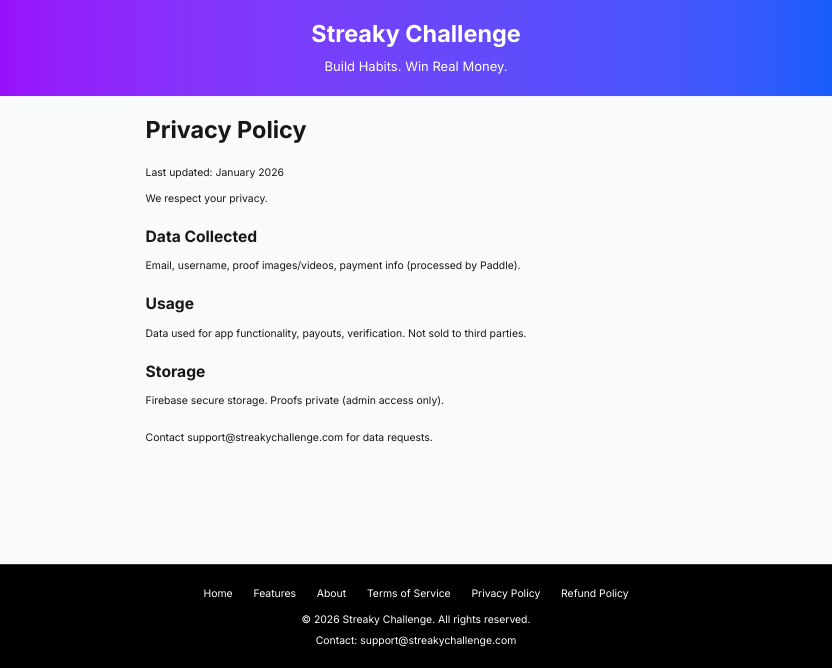
Repository: ZUBEYT/streaky-site
Page: /privacy
An editor plug-in stored every save of this project. The page is shown before and after the next save, followed by the edit.
The browser window is 1280 px wide. The pictures show the whole page, at 65% of full size.
The project was rebuilt for these pictures with package versions that can differ from the ones it lists, and the page was loaded fresh each time. The framework's server and built-in components were replaced by stand-ins that run in the browser. Also part of the build but not shown: next.config.ts.

Above is the page before, as saved 2026-01-21 22:20:30.

After the next save:
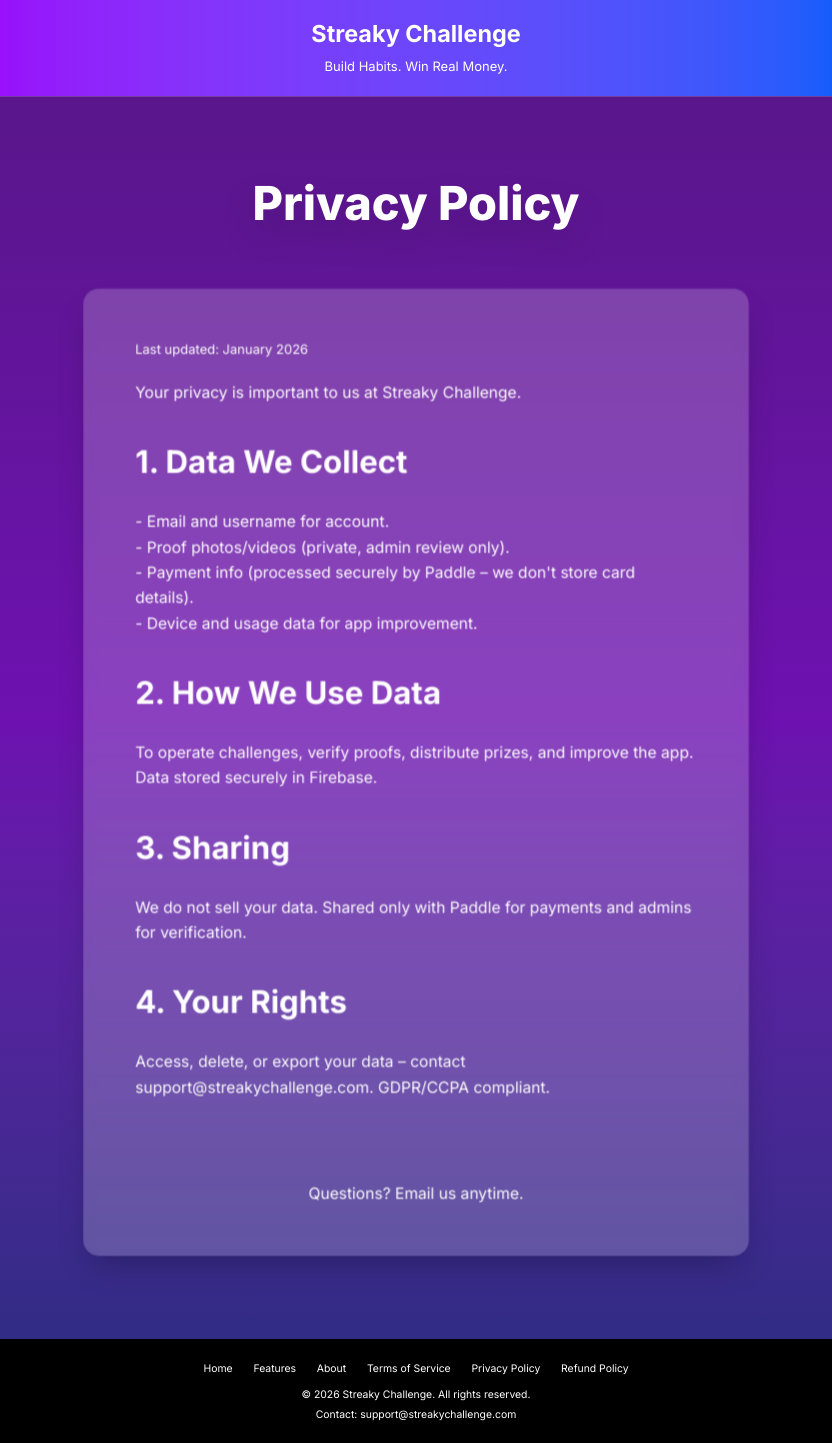
Saved 19 s later.
--- a/src/app/privacy/page.tsx
+++ b/src/app/privacy/page.tsx
@@ -1,16 +1,41 @@
 export default function Privacy() {
     return (
-        <div className="max-w-4xl mx-auto p-8">
-            <h1 className="text-4xl font-bold mb-8">Privacy Policy</h1>
-            <p className="mb-4">Last updated: January 2026</p>
-            <p className="mb-8">We respect your privacy.</p>
-            <h2 className="text-2xl font-bold mb-4">Data Collected</h2>
-            <p className="mb-8">Email, username, proof images/videos, payment info (processed by Paddle).</p>
-            <h2 className="text-2xl font-bold mb-4">Usage</h2>
-            <p className="mb-8">Data used for app functionality, payouts, verification. Not sold to third parties.</p>
-            <h2 className="text-2xl font-bold mb-4">Storage</h2>
-            <p className="mb-8">Firebase secure storage. Proofs private (admin access only).</p>
-            <p>Contact support@streakychallenge.com for data requests.</p>
+        <div className="min-h-screen bg-gradient-to-b from-purple-900 via-purple-800 to-indigo-900 text-white py-32 px-8">
+            <div className="max-w-5xl mx-auto">
+                <h1 className="text-7xl font-extrabold text-center mb-24 drop-shadow-2xl">Privacy Policy</h1>
+
+                <div className="bg-white/20 p-20 rounded-3xl backdrop-blur shadow-2xl">
+                    <p className="text-xl mb-8">Last updated: January 2026</p>
+                    <p className="text-2xl leading-relaxed mb-16">
+                        Your privacy is important to us at Streaky Challenge.
+                    </p>
+
+                    <h2 className="text-5xl font-bold mb-12">1. Data We Collect</h2>
+                    <p className="text-2xl leading-relaxed mb-16">
+                        - Email and username for account.<br />
+                        - Proof photos/videos (private, admin review only).<br />
+                        - Payment info (processed securely by Paddle – we don't store card details).<br />
+                        - Device and usage data for app improvement.
+                    </p>
+
+                    <h2 className="text-5xl font-bold mb-12">2. How We Use Data</h2>
+                    <p className="text-2xl leading-relaxed mb-16">
+                        To operate challenges, verify proofs, distribute prizes, and improve the app. Data stored securely in Firebase.
+                    </p>
+
+                    <h2 className="text-5xl font-bold mb-12">3. Sharing</h2>
+                    <p className="text-2xl leading-relaxed mb-16">
+                        We do not sell your data. Shared only with Paddle for payments and admins for verification.
+                    </p>
+
+                    <h2 className="text-5xl font-bold mb-12">4. Your Rights</h2>
+                    <p className="text-2xl leading-relaxed mb-32">
+                        Access, delete, or export your data – contact support@streakychallenge.com. GDPR/CCPA compliant.
+                    </p>
+
+                    <p className="text-2xl text-center">Questions? Email us anytime.</p>
+                </div>
+            </div>
         </div>
     );
 }
